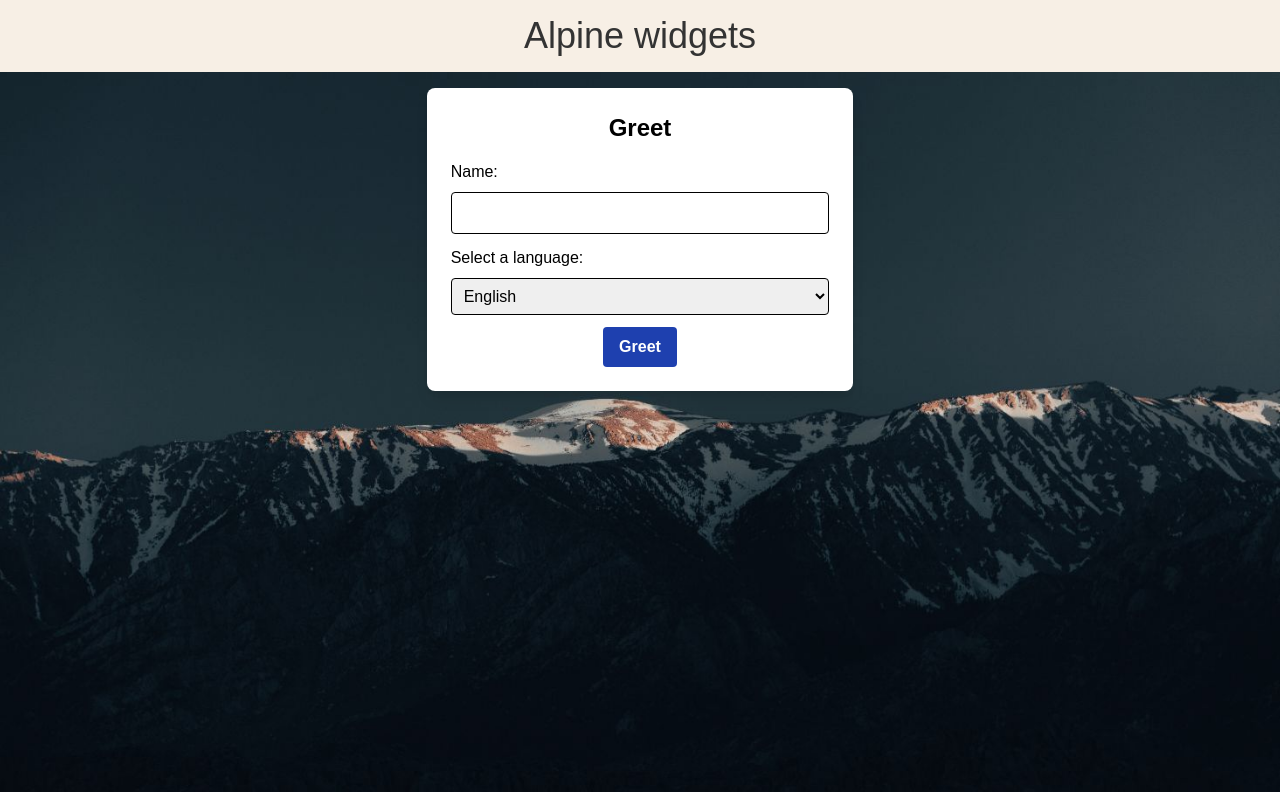
Repository: lasity34/alpine-bootcamp-widgets
Page: index.html
An editor plug-in stored every save of this project. The page is shown before and after the next save, followed by the edit.
The browser window is 1280 px wide. The pictures show the whole page.
Some web fonts or font styles are not loaded; a fallback is used. Some web libraries are served in a nearby version.

Above is the page before, as saved 2023-07-12 11:53:12.

After the next save:
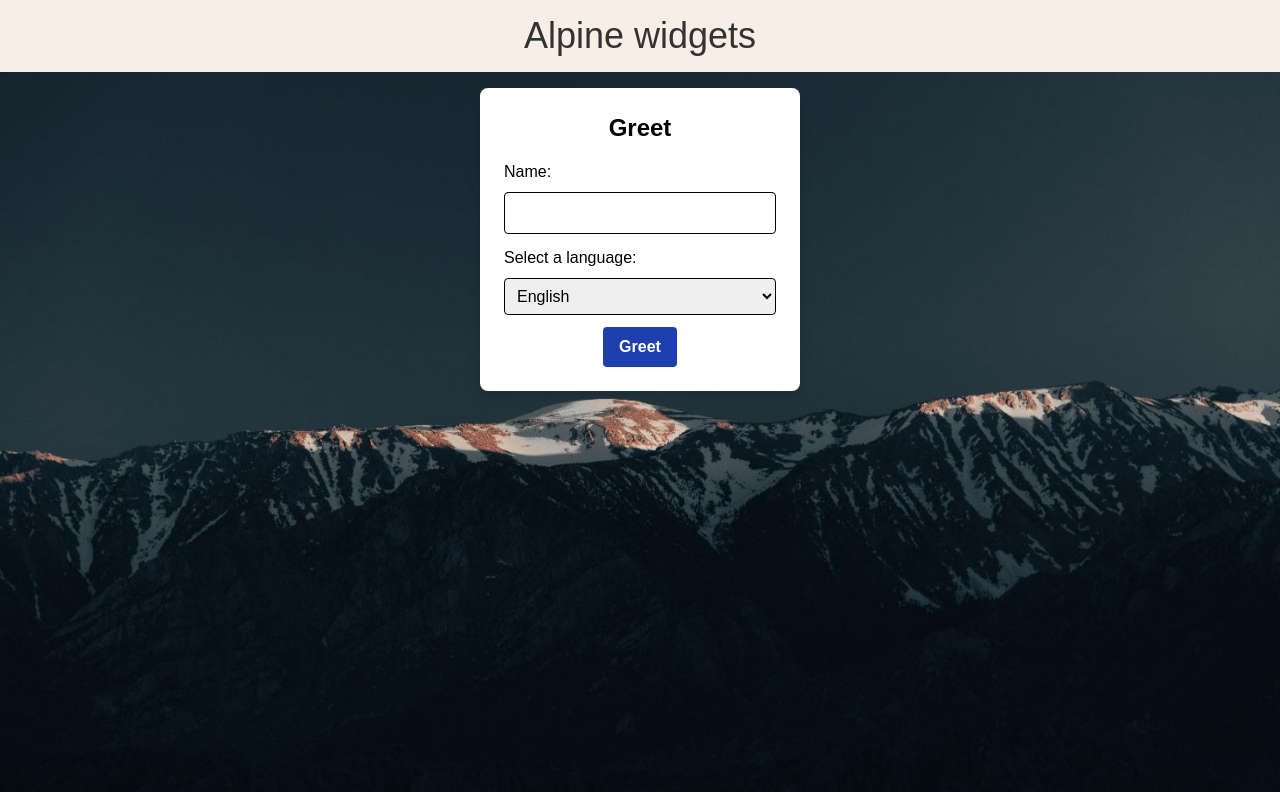
Saved 17 s later.
--- a/index.html
+++ b/index.html
@@ -21,7 +21,7 @@
     <h1 class="text-4xl text-center mt-4 pb-4">Alpine widgets</h1>
     <div class="widget_container flex justify-around items-start h-screen">
       <section
-        class="w-1/3 bg-white rounded-lg shadow-lg p-6 m-4"
+        class="w-1/4 bg-white rounded-lg shadow-lg p-6 m-4"
         x-data="greet"
       >
         <h2 class="text-2xl text-center font-bold mb-4">Greet</h2>
